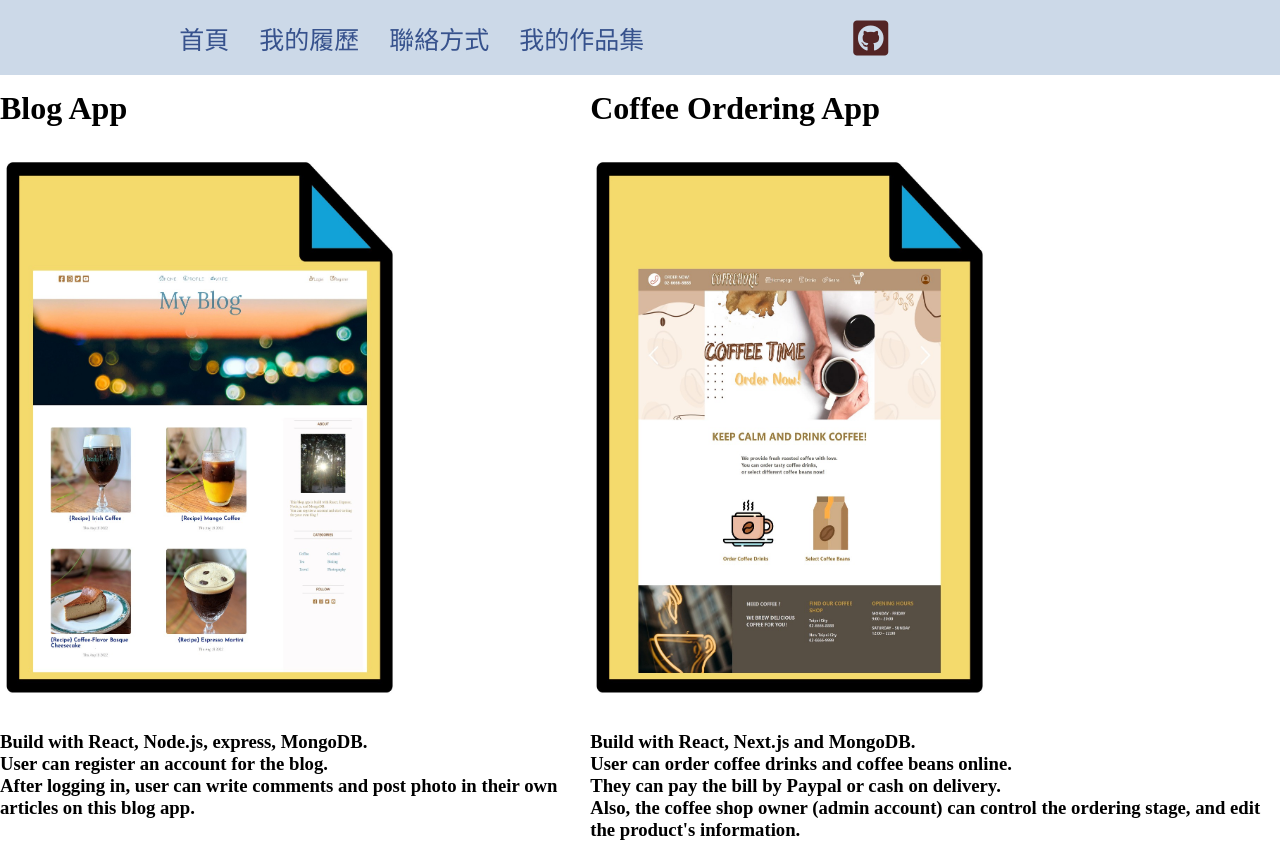
Repository: lcjyc/portfolio-website
Page: /portfolio
These files come from the project's save history. The page is drawn as it stood at one moment and after the next save; the edit follows.
The browser window is 1280 px wide. The pictures show the whole page.
The project was rebuilt for these pictures with package versions that can differ from the ones it lists, and the page was loaded fresh each time. Also part of the build but not shown: src/pages/home/home.css, src/pages/home/Home.jsx, src/pages/resume/resume.css, src/pages/resume/Resume.jsx, src/pages/contact/contact.css, src/pages/contact/Contact.jsx.

Above is the page before, as saved 2022-08-21 11:30:02.

After the next save:
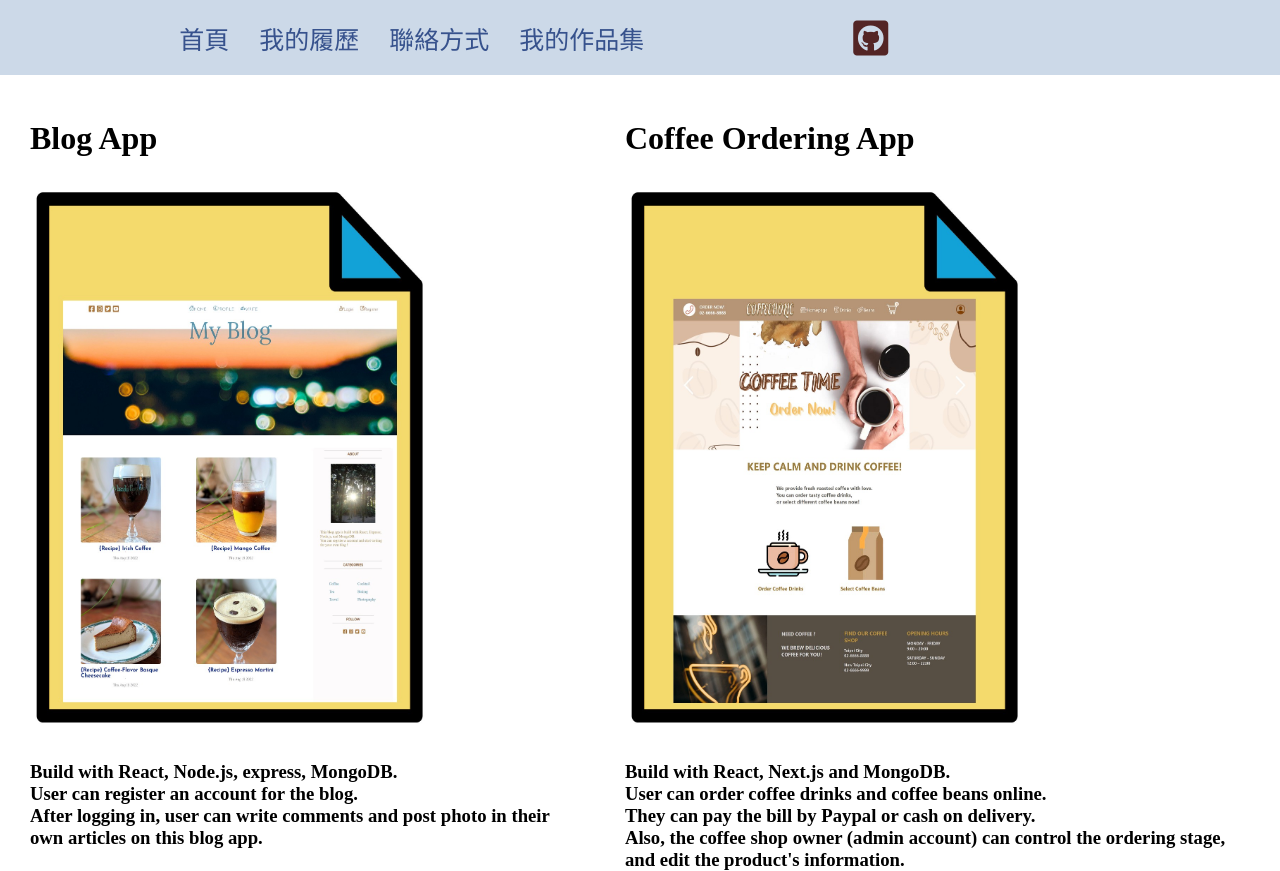
Saved 6 min 8 s later.
--- a/src/pages/portfolio/portfolio.css
+++ b/src/pages/portfolio/portfolio.css
@@ -3,6 +3,11 @@
   height: 87vh;
   width: 100%;
   padding-top: 2vh;
+}
+
+.left, .right{
+    flex: :1;
+    padding:30px;
 }
 
 .left > img {
